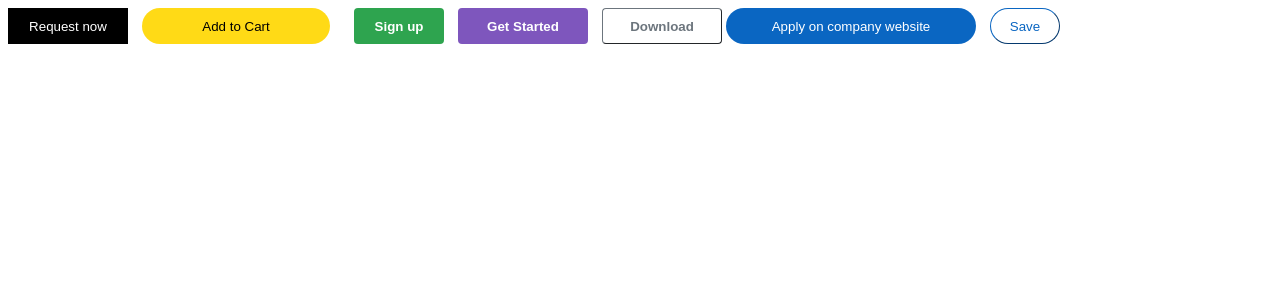
Repository: Kurumilli/Youtube
Page: Exercise3.html
These files come from the project's save history. The page is drawn as it stood at one moment and after the next save; the edit follows.
The browser window is 1280 px wide. The pictures show the whole page.

Above is the page before, as saved 2025-01-25 12:40:12.

### Exercise3.html
<html>
    <body>
        <style>
            .uber{
                background-color: black;
                color: white;
                height:36px;
                border: none;
                width: 120px;
                margin-bottom: 100px;
                cursor: pointer;
                margin-right: 10px;
                transition: opacity 0.15s;
            }
            .uber:hover{
                opacity: 0.7;
            }

            .amazon{
                background-color:rgb(255,218,22) ;
                height: 36px;
                width: 188px;
                border: none;
                border-radius: 18px;
                margin-right: 10px;
                cursor: pointer;
                transition: background-color 0.15s;
            }

                .amazon:hover{
                    background-color:rgb(255,210,15) ; ;
                }

                .github{
                    background-color:rgb(46,164,79) ;
                    color: white;
                    height: 36px;
                    width: 90px;
                    border-radius: 4px;
                    margin-left: 10px;
                    cursor: pointer;
                    border:none;
                    font-weight: bold;
                    transition: box-shadow 0.15s;
                }

                .github:hover{
                    box-shadow: 8px 8px 10px rgba(0,0,0,0.15);
                }

                .bootstrap{
                    background-color:  rgb(126, 86, 189);
                    color: white;
                    font-weight: bold;
                    height: 36px;
                    width: 130px;
                    border: none;
                    border-radius: 4px;
                    cursor: pointer;
                    margin-left: 10px;
                    margin-right: 10px;
                    transition: background-color 0.15s;
                }

                .bootstrap:hover{
                    background-color: rgb(121, 82, 179);
                }

                .bootstrap2d{
                    font-weight: bold;
                    height: 36px;
                    width: 120px;
                    color: rgb(108,117,125);
                    background-color: white;
                    border-width: 1px;
                    border-color: rgb(108,117,125);
                    border-radius: 4px;
                    cursor: pointer;
                    transition: background-color, color 0.15s;
                }

                .bootstrap2d:hover{
                    background-color: rgb(108,117,125);
                    color: white;
                }

                .linkedin{
                background-color: rgb(10,102,194);
                color: white;
                height: 36px;
                width: 250px;
                border: none;
                cursor: pointer;
                border-radius: 18px;
                margin-right: 10px;
            }

            .linkedin2q{
                background-color: white;
                color:rgb(10,102,194);
                height: 36px;
                width: 70px;
                cursor: pointer;
                border-radius: 18px;
                border-color:rgb(10,102,194) ;
                border-width: 1px;
                margin-right: 90px;
            }
         </style>
         <button class="uber">
            Request now
        </button>

        <button class="amazon">
            Add to Cart
        </button>

        <button class="github">
             Sign up
        </button>

        <button class="bootstrap">
            Get Started
        </button>

        <button class="bootstrap2d">
            Download
        </button>

        <button class="linkedin">
            Apply on company website
        </button>

        <button class="linkedin2q">
            Save
        </button>
     </body>
</html>

After the next save:
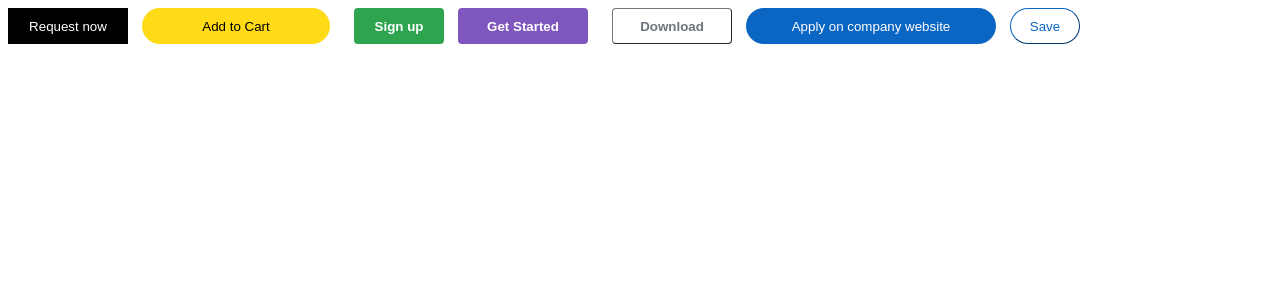
Saved 25 s later.
--- a/Exercise3.html
+++ b/Exercise3.html
@@ -75,6 +75,8 @@
                     border-width: 1px;
                     border-color: rgb(108,117,125);
                     border-radius: 4px;
+                    margin-left: 10px;
+                    margin-right: 10px;
                     cursor: pointer;
                     transition: background-color, color 0.15s;
                 }
